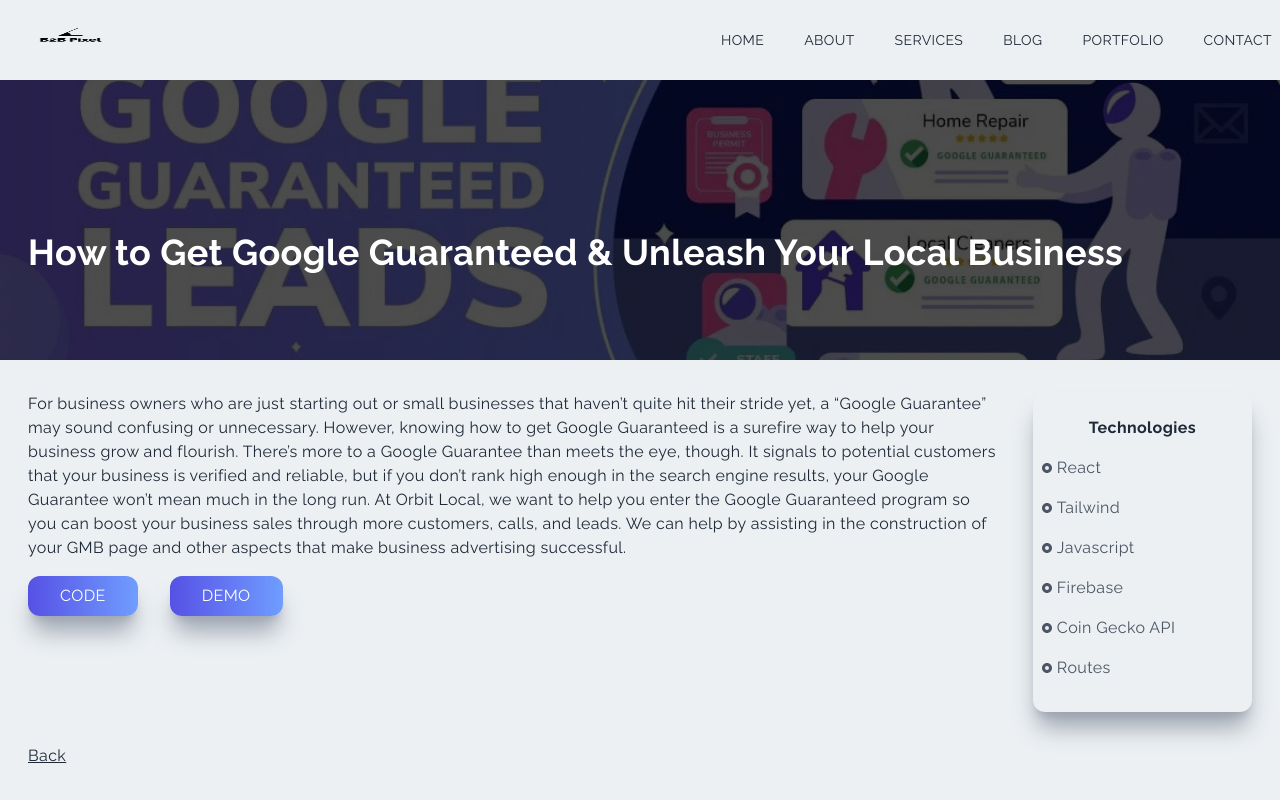
Repository: DID0101/nextjs.b2b
Page: /crypto
The author's editor kept a copy of each file at every save. The page is drawn from the files as they stood at one save, then again after the next save.
The browser window is 1280 px wide. The pictures show the whole page.
The project was rebuilt for these pictures with package versions that can differ from the ones it lists, and the page was loaded fresh each time. The framework's server and built-in components were replaced by stand-ins that run in the browser. Also part of the build but not shown: next.config.js.

Above is the page before, as saved 2024-01-22 02:53:52.

### pages/crypto.jsx
import Image from 'next/image';
import React from 'react';
import cryptoImg from '../public/assets/projects/crypto.jpg';
import { RiRadioButtonFill } from 'react-icons/ri';
import Link from 'next/link';

const crypto = () => {
  return (
    <div className='w-full'>
      <div className='w-screen h-[50vh] relative'>
        <div className='absolute top-0 left-0 w-full h-[50vh] bg-black/70 z-10' />
        <Image
          className='absolute z-1'
          layout='fill'
          objectFit='cover'
          src={cryptoImg}
          alt='/'
        />
        <div className='absolute top-[70%] max-w-[1240px] w-full left-[50%] right-[50%] translate-x-[-50%] translate-y-[-50%] text-white z-10 p-2'>
          <h2 className='py-2'>How to Get Google Guaranteed & Unleash Your Local Business</h2>
          {/* <h3>React JS / Tailwind / Firebase</h3> */}
        </div>
      </div>

      <div className='max-w-[1240px] mx-auto p-2 grid md:grid-cols-5 gap-8 py-8'>
        <div className='col-span-4'>
          {/* <p>Project</p> */}
          {/* <h2>Overview</h2> */}
          <p>
          For business owners who are just starting out or small businesses that haven’t quite hit their stride yet, a “Google Guarantee” may sound confusing or unnecessary. However, knowing how to get Google Guaranteed is a surefire way to help your business grow and flourish.

There’s more to a Google Guarantee than meets the eye, though. It signals to potential customers that your business is verified and reliable, but if you don’t rank high enough in the search engine results, your Google Guarantee won’t mean much in the long run.

At Orbit Local, we want to help you enter the Google Guaranteed program so you can boost your business sales through more customers, calls, and leads. We can help by assisting in the construction of your GMB page and other aspects that make business advertising successful.
          </p>
          <a
            href='https://github.com/fireclint/crypto-react-firebase'
            target='_blank'
            rel='noreferrer'
          >
            <button className='px-8 py-2 mt-4 mr-8'>Code</button>
          </a>
          <a
            href='https://cryptobase-yt.web.app/'
            target='_blank'
            rel='noreferrer'
          >
            <button className='px-8 py-2 mt-4'>Demo</button>
          </a>

        </div>
        <div className='col-span-4 md:col-span-1 shadow-xl shadow-gray-400 rounded-xl py-4'>
          <div className='p-2'>
            <p className='text-center font-bold pb-2'>Technologies</p>
            <div className='grid grid-cols-3 md:grid-cols-1 '>
              <p className='text-gray-600 py-2 flex items-center'>
                <RiRadioButtonFill className='pr-1' /> React
              </p>
              <p className='text-gray-600 py-2 flex items-center'>
                <RiRadioButtonFill className='pr-1' /> Tailwind
              </p>
              <p className='text-gray-600 py-2 flex items-center'>
                <RiRadioButtonFill className='pr-1' /> Javascript
              </p>
              <p className='text-gray-600 py-2 flex items-center'>
                <RiRadioButtonFill className='pr-1' /> Firebase
              </p>
              <p className='text-gray-600 py-2 flex items-center'>
                <RiRadioButtonFill className='pr-1' /> Coin Gecko API
              </p>
              <p className='text-gray-600 py-2 flex items-center'>
                <RiRadioButtonFill className='pr-1' /> Routes
              </p>
            </div>
          </div>
        </div>
        <Link href='/#projects'>
          <p className='underline cursor-pointer'>Back</p>
        </Link>
      </div>
    </div>
  );
};

export default crypto;

### components/Navbar.jsx
import Image from 'next/image';
import Link from 'next/link';
import React, { useState, useEffect } from 'react';
import { AiOutlineClose, AiOutlineMail, AiOutlineMenu } from 'react-icons/ai';
import { FaGithub, FaLinkedinIn } from 'react-icons/fa';
import { BsFillPersonLinesFill } from 'react-icons/bs';
// import { useRouter } from 'next/router';
import NavLogo from '../public/assets/navLogo.png'

const Navbar = () => {
  const [nav, setNav] = useState(false);
  const [shadow, setShadow] = useState(false);
  const [navBg, setNavBg] = useState('#ecf0f3');
  const [linkColor, setLinkColor] = useState('#1f2937');
  // const [position, setPosition] = useState('fixed')
  // const router = useRouter();

  // useEffect(() => {
  //   if (
  //     router.asPath === '/property' ||
  //     router.asPath === '/crypto' ||
  //     router.asPath === '/netflix' ||
  //     router.asPath === '/twitch'
  //   ) {
  //     setNavBg('transparent');
  //     setLinkColor('#ecf0f3');
  //   } else {
  //     setNavBg('#ecf0f3');
  //     setLinkColor('#1f2937');
  //   }
  // }, [router]);

  const handleNav = () => {
    setNav(!nav);
  };

  useEffect(() => {
    const handleShadow = () => {
      if (window.scrollY >= 90) {
        setShadow(true);
      } else {
        setShadow(false);
      }
    };
    window.addEventListener('scroll', handleShadow);
  }, []);

  return (
    <div
      style={{ backgroundColor: `${navBg}` }}
      className={
        shadow
          ? 'fixed w-full h-20 shadow-xl z-[100] ease-in-out duration-300'
          : 'fixed w-full h-20 z-[100]'
      }
    >
      <div className='flex justify-between items-center w-full h-full px-2 2xl:px-16'>
        <Link href='/'>
          <a>
            <Image
              src={NavLogo}
              alt='/'
              width='125'
              height='50'
              className='cursor-pointer'
            />
          </a>
        </Link>
        <div>
          <ul style={{ color: `${linkColor}` }} className='hidden md:flex'>
            <li className='ml-10 text-sm uppercase hover:border-b'>
              <Link href='/'>Home</Link>
            </li>
            <li className='ml-10 text-sm uppercase hover:border-b'>
              <Link href='/#about'>About</Link>
            </li>
            <li className='ml-10 text-sm uppercase hover:border-b'>
              <Link href='/#skills'>Services</Link>
            </li>
            <li className='ml-10 text-sm uppercase hover:border-b'>
              <Link href='/#projects'>Blog</Link>
            </li>
            <li className='ml-10 text-sm uppercase hover:border-b'>
              <Link href='/resume'>Portfolio</Link>
            </li>
            <li className='ml-10 text-sm uppercase hover:border-b'>
              <Link href='/#contact'>Contact</Link>
            </li>
          </ul>
          {/* Hamburger Icon */}
          <div
            style={{ color: `${linkColor}` }}
            onClick={handleNav}
            className='md:hidden'
          >
            <AiOutlineMenu size={25} />
          </div>
        </div>
      </div>

      {/* Mobile Menu */}
      {/* Overlay */}
      <div
        className={
          nav ? 'md:hidden fixed left-0 top-0 w-full h-screen bg-black/70' : ''
        }
      >
        {/* Side Drawer Menu */}
        <div
          className={
            nav
              ? ' fixed left-0 top-0 w-[75%] sm:w-[60%] md:w-[45%] h-screen bg-[#ecf0f3] p-10 ease-in duration-500'
              : 'fixed left-[-100%] top-0 p-10 ease-in duration-500'
          }
        >
          <div>
            <div className='flex w-full items-center justify-between'>
              <Link href='/'>
                <a>
                  <Image
                    src={NavLogo}
                    width='87'
                    height='35'
                    alt='/'
                  />
                </a>
              </Link>
              <div
                onClick={handleNav}
                className='rounded-full shadow-lg shadow-gray-400 p-3 cursor-pointer'
              >
                <AiOutlineClose />
              </div>
            </div>
            <div className='border-b border-gray-300 my-4'>
              <p className='w-[85%] md:w-[90%] py-4'>
                Let&#39;s build something legendary together
              </p>
            </div>
          </div>
          <div className='py-4 flex flex-col'>
            <ul className='uppercase'>
              <Link href='/'>
                <li onClick={() => setNav(false)} className='py-4 text-sm'>
                  Home
                </li>
              </Link>
              <Link href='/#about'>
                <li onClick={() => setNav(false)} className='py-4 text-sm'>
                  About
                </li>
              </Link>
              <Link href='/#skills'>
                <li onClick={() => setNav(false)} className='py-4 text-sm'>
                  Skills
                </li>
              </Link>
              <Link href='/#projects'>
                <li onClick={() => setNav(false)} className='py-4 text-sm'>
                  Projects
                </li>
              </Link>
              <Link href='/resume'>
                <li onClick={() => setNav(false)} className='py-4 text-sm'>
                  Resume
                </li>
              </Link>
              <Link href='/#contact'>
                <li onClick={() => setNav(false)} className='py-4 text-sm text-[#ac4d5a]'>
                  Save My Spot
                </li>
              </Link>
            </ul>
            <div className='pt-40'>
              <p className='uppercase tracking-widest text-[#5651e5]'>
                Let&#39;s Connect
              </p>
              <div className='flex items-center justify-between my-4 w-full sm:w-[80%]'>
                <a
                  href='https://www.linkedin.com/in/clint-briley-50056920a/'
                  target='_blank'
                  rel='noreferrer'
                >
                  <div className='rounded-full shadow-lg shadow-gray-400 p-3 cursor-pointer hover:scale-105 ease-in duration-300'>
                    <FaLinkedinIn />
                  </div>
                </a>
                <a
                  href='https://github.com/fireclint'
                  target='_blank'
                  rel='noreferrer'
                >
                  <div className='rounded-full shadow-lg shadow-gray-400 p-3 cursor-pointer hover:scale-105 ease-in duration-300'>
                    <FaGithub />
                  </div>
                </a>
                <Link href='/#contact'>
                  <div
                    onClick={() => setNav(!nav)}
                    className='rounded-full shadow-lg shadow-gray-400 p-3 cursor-pointer hover:scale-105 ease-in duration-300'
                  >
                    <AiOutlineMail />
                  </div>
                </Link>
                <Link href='/resume'>
                  <div
                    onClick={() => setNav(!nav)}
                    className='rounded-full shadow-lg shadow-gray-400 p-3 cursor-pointer hover:scale-105 ease-in duration-300'
                  >
                    <BsFillPersonLinesFill />
                  </div>
                </Link>
              </div>
            </div>
          </div>
        </div>
      </div>
    </div>
  );
};

export default Navbar;

Loaded but not shown: pages/_app.js (common file); pages/_document.js (common file); styles/globals.css (common file); tailwind.config.js (common file)

After the next save:
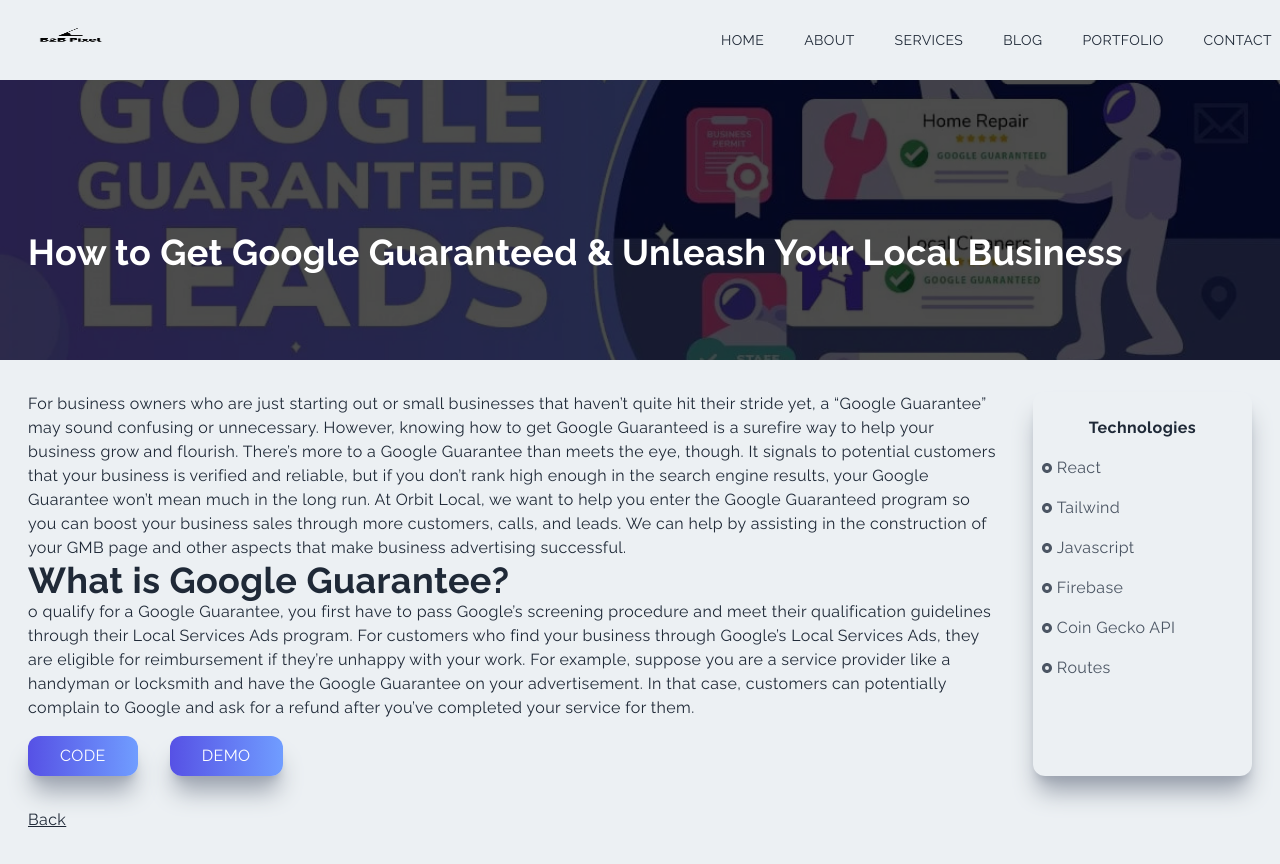
Saved 43 s later.
--- a/pages/crypto.jsx
+++ b/pages/crypto.jsx
@@ -33,6 +33,10 @@
 
 At Orbit Local, we want to help you enter the Google Guaranteed program so you can boost your business sales through more customers, calls, and leads. We can help by assisting in the construction of your GMB page and other aspects that make business advertising successful.
           </p>
+          <h2>What is Google Guarantee?</h2>
+          <p>o qualify for a Google Guarantee, you first have to pass Google’s screening procedure and meet their qualification guidelines through their Local Services Ads program. For customers who find your business through Google’s Local Services Ads, they are eligible for reimbursement if they’re unhappy with your work.
+
+For example, suppose you are a service provider like a handyman or locksmith and have the Google Guarantee on your advertisement. In that case, customers can potentially complain to Google and ask for a refund after you’ve completed your service for them.</p>
           <a
             href='https://github.com/fireclint/crypto-react-firebase'
             target='_blank'
